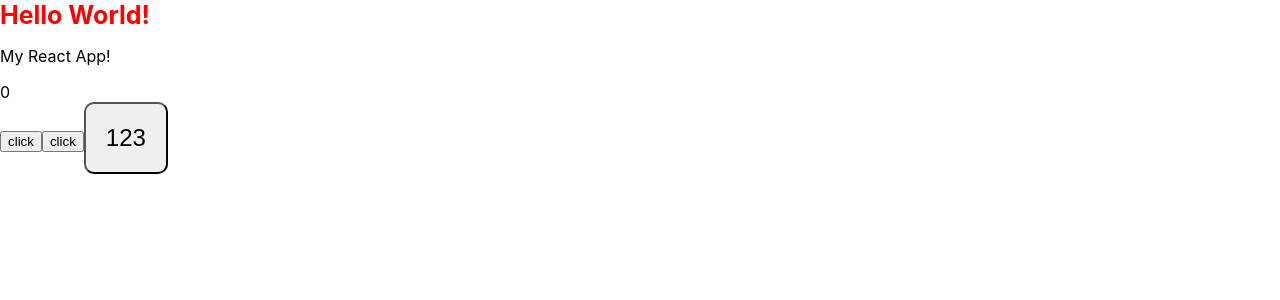
Repository: ruslan-horaiskyi/weatherApp
Page: /
The author's editor kept a copy of each file at every save. The page is drawn from the files as they stood at one save, then again after the next save.
The browser window is 1280 px wide. The pictures show the whole page.
The project was rebuilt for these pictures with package versions that can differ from the ones it lists, and the page was loaded fresh each time.

Above is the page before, as saved 2023-04-20 16:49:55.

After the next save:
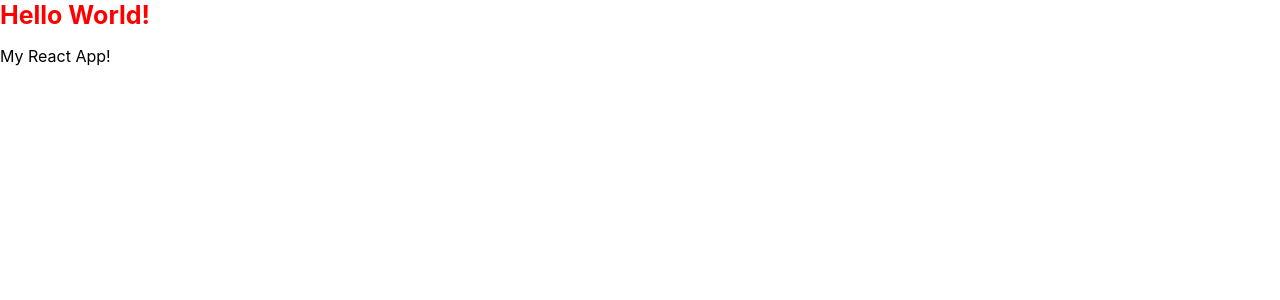
Saved 45 h 16 min later.
--- a/src/App.jsx
+++ b/src/App.jsx
@@ -13,7 +13,7 @@ const App = () => {
       {/* <Button title={'New Button Title2'} /> */}
       {/* <Button title={'New Button Title3'} /> */}
       {/* <Button /> */}
-      <Counter />
+      {/* <Counter /> */}
     </>
   );
 };
